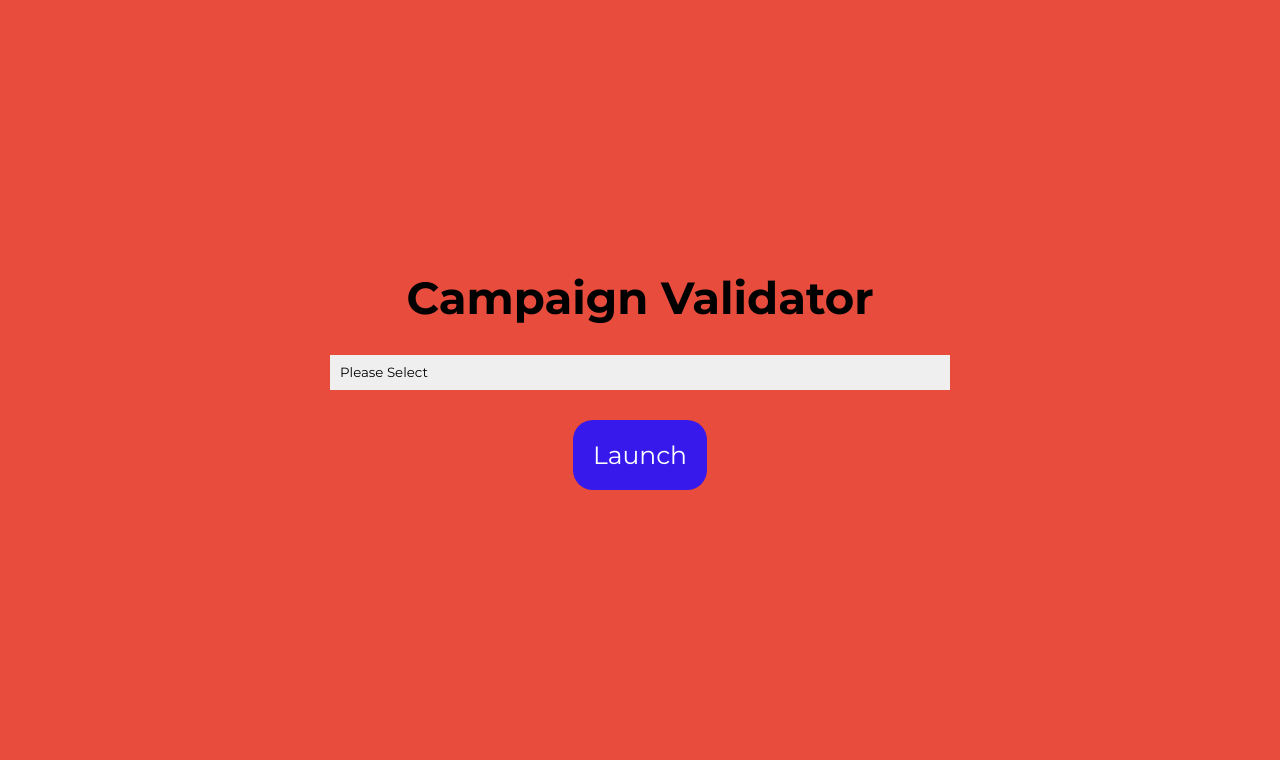
Repository: AbApin/project
Page: / (app in frontend/)
An editor plug-in stored every save of this project. The page is shown before and after the next save, followed by the edit.
The browser window is 1280 px wide. The pictures show the whole page.
The page's requests for data from a server got no answer. The project was rebuilt for these pictures with package versions that can differ from the ones it lists, and the page was loaded fresh each time. No one was signed in, and anything a server would have sent is missing. Also part of the build but not shown: frontend/vue.config.js.

Above is the page before, as saved 2023-02-22 10:48:13.

After the next save:
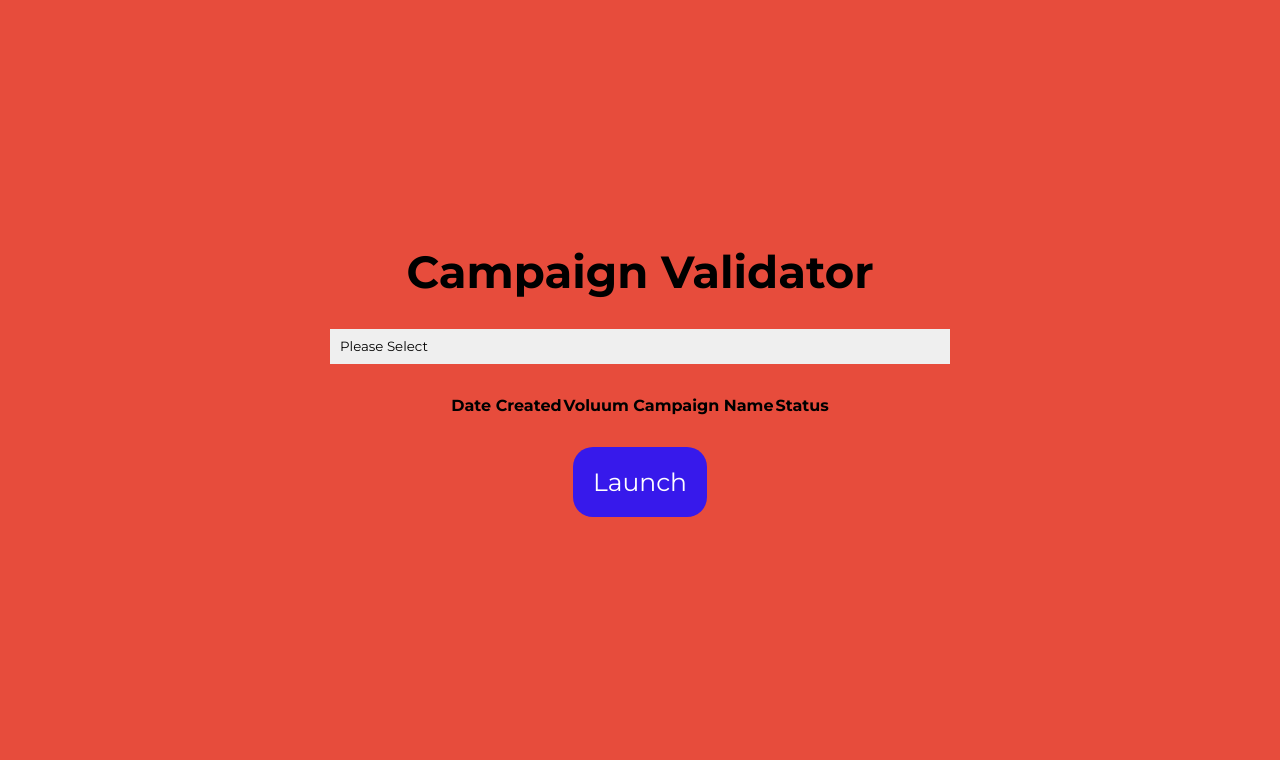
Saved 28 s later.
--- a/frontend/src/App.vue
+++ b/frontend/src/App.vue
@@ -12,6 +12,22 @@
         {{ campaign.name }}
       </option>
     </select>
+    <table>
+      <thead>
+        <tr>
+          <th>Date Created</th>
+          <th>Voluum Campaign Name</th>
+          <th>Status</th>
+        </tr>
+      </thead>
+      <tbody>
+        <tr v-for="test in tests" :key="test.id">
+          <td>{{ test.date }}</td>
+          <td>{{ test.campaign }}</td>
+          <td>{{ test.status ? 'Passed' : 'Failed' }}</td>
+        </tr>
+      </tbody>
+    </table>
     <button class="launchBtn">launch</button>
   </div>
 </template>
